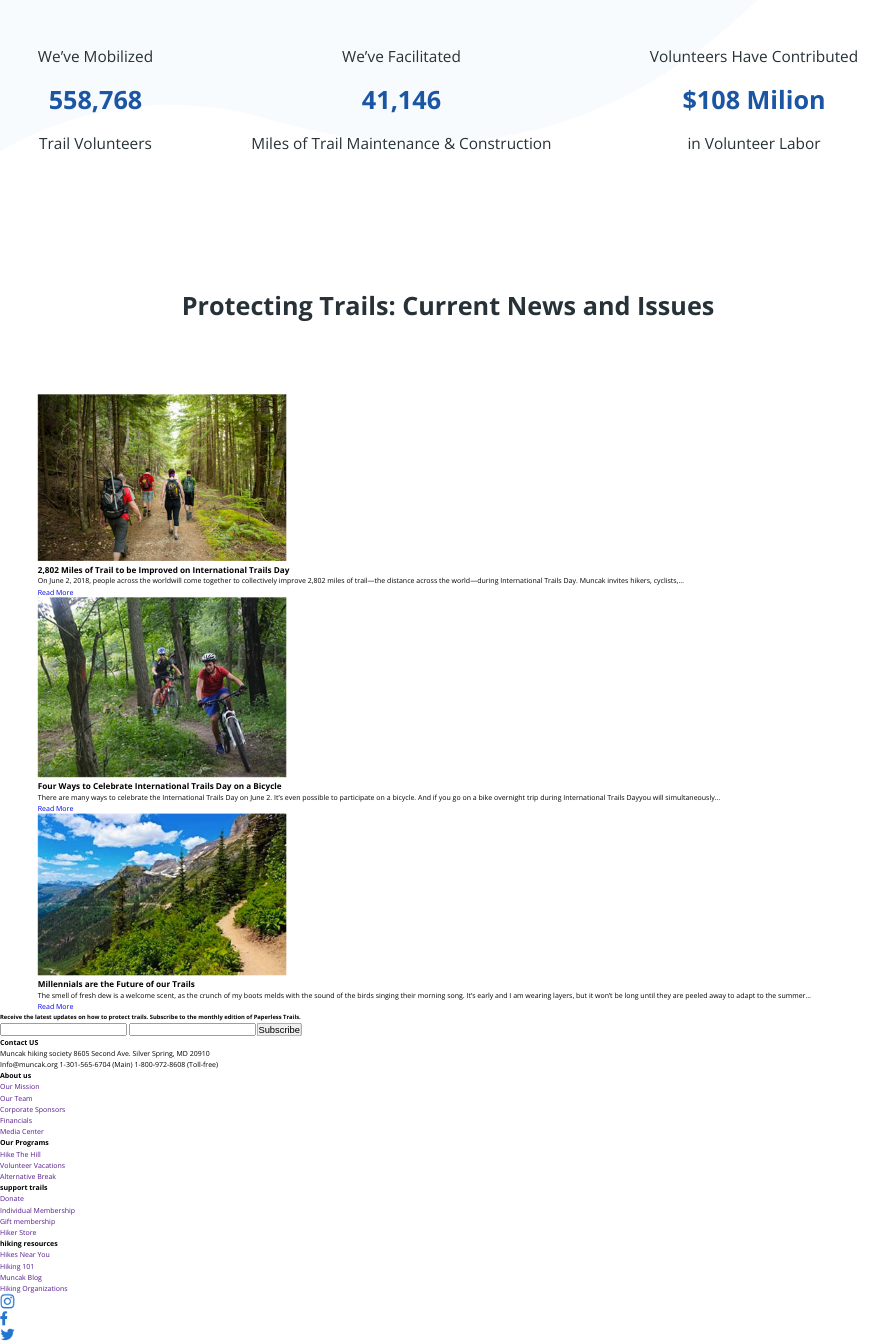
Repository: huubinh98/Project
Page: muncak/index.html
The author's editor kept a copy of each file at every save. The page is drawn from the files as they stood at one save, then again after the next save.
The browser window is 1280 px wide. The pictures show the part of the page from y = 3055 to 4975 px (the page is 4975 px tall before and 4415 px after), at 70% of full size.

Above is the page before, as saved 2021-08-28 19:50:51.

### muncak/index.html
<!DOCTYPE html>
<html lang="en">

<head>
    <meta charset="UTF-8">
    <meta http-equiv="X-UA-Compatible" content="IE=edge">
    <meta name="viewport" content="width=device-width, initial-scale=1.0">
    <link rel="stylesheet" href="./style.css">
    <link rel="preconnect" href="https://fonts.googleapis.com">
    <link rel="preconnect" href="https://fonts.gstatic.com" crossorigin>
    <link href="https://fonts.googleapis.com/css2?family=Open+Sans:wght@300;400;600;700&display=swap" rel="stylesheet">
    <title>Muncak</title>
</head>

<body>
    <header class="header">
        <div class="container header-nav">
            <h1 class="logo"><a href="" class="logo-link"><img src="./image/Muncak.png" alt="" class="logo-img"></a>
            </h1>
            <ul class="nav-list">
                <li class="nav-item">
                    <a href="" class="nav-item-link">Home</a>
                </li>
                <li class="nav-item">
                    <a href="" class="nav-item-link">Go Hiking</a>
                </li>
                <li class="nav-item">
                    <a href="" class="nav-item-link">About</a>
                </li>
                <li class="nav-item">
                    <a href="" class="nav-item-link nav-highlight">Login</a>
                </li>
            </ul>
        </div>
        <div class="container-small">
            <h1 class="heading-banner">Lets get the top of Moutain</h1>
            <p class="heading-desc">Here is the hiking information you need to decide
                if it is right for you, and to make it more interesting,
                enjoyable, and safe.</p>
            <a href="#" class="btn c"> Get Started</a>
        </div>
    </header>
    <section class="about">
        <div class="container-small about-wrap">
            <h2 class="heading-name hearding-name-about">We envision a world where everyone
                has permanent access to a hiking trail</h2>
            <div class="about-item">
                <img src="./image/loa.png" alt="loa" class="about-img">
                <div class="about-content">
                    <h4 class="about-content-heading">Advocate</h4>
                    <p class="about-content-desc">We work with Congress, Federal agencies, and partners on policy issues
                        and legislation to ensure funding for trails, preservation of natural areas, and protection of
                        the hiking experience.</p>
                </div>
            </div>
            <div class="about-item">
                <img src="./image/bantay.png" alt="loa" class="about-img">
                <div class="about-content">
                    <h4 class="about-content-heading">Volunteer </h4>
                    <p class="about-content-desc">Trails don't maintain themselves. Individuals of any age and
                        experience level can become trail stewards. Give back to the trails you love, meet new people,
                        and enjoy the experience!</p>
                </div>
            </div>
            <div class="about-item">
                <img src="./image/nui.png" alt="loa" class="about-img">
                <div class="about-content">
                    <h4 class="about-content-heading">Explore</h4>
                    <p class="about-content-desc">Feel confident when you set out on your next trail adventure. Check
                        out our free hiking resources like tips for hiking with families, gear checklists, finding the
                        best trail for you.</p>
                </div>
            </div>
            <a href="" class="btn btn-about">Lean more</a>
        </div>
        <div class="container-small about-custumer">
            <h2 class="heading-name">With the support of our members, and partners, we've improved trail access for millions of people</h2>
            <div class="customer-content">
                <p class="customer-text">We’ve Mobilized <span>558,768</span> Trail Volunteers</p>
                <p class="customer-text">We’ve Facilitated <span>41,146</span>
                    Miles of Trail Maintenance & Construction</p>
                <p class="customer-text">Volunteers Have Contributed <span>$108 Milion</span> in Volunteer Labor</p>
            </div>
        </div>
    </section>

    <!-- -----------new--------------- -->
    <section class="new">
        <div class="container-small">
            <h2 class="heading-name">Protecting Trails: Current News and Issues</h2>
            <div class="new-content">
                <div class="new-item">
                    <a href="#" class="new-item-link">
                        <img src="./image/pic1.jpg" alt="pic1" class="new-item-img">
                    </a>
                    <div class="new-item-text">
                        <h3 class="new-item-name">2,802 Miles of Trail to be Improved on International Trails Day</h3>
                        <p class="new-item-desc">On June 2, 2018, people across the worldwill come together to
                            collectively improve 2,802 miles of trail—the distance across the world—during International
                            Trails Day. Muncak invites hikers, cyclists,…</p>
                        <a href="#" class="new-item-link">Read More</a>
                    </div>
                </div>
                <div class="new-item">
                    <a href="#" class="new-item-link">
                        <img src="./image/pic2.jpg" alt="pic1" class="new-item-img">
                    </a>
                    <div class="new-item-text">
                        <h3 class="new-item-name">Four Ways to Celebrate International Trails Day on a Bicycle</h3>
                        <p class="new-item-desc">There are many ways to celebrate the International Trails Day on June 2. It’s even possible to participate on a bicycle. And if you go on a bike overnight trip during International Trails Dayyou will simultaneously…</p>
                        <a href="#" class="new-item-link">Read More</a>
                    </div>
                </div>
                <div class="new-item">
                    <a href="#" class="new-item-link">
                        <img src="./image/pic3.jpg" alt="pic1" class="new-item-img">
                    </a>
                    <div class="new-item-text">
                        <h3 class="new-item-name">Millennials are the Future of our Trails</h3>
                        <p class="new-item-desc">The smell of fresh dew is a welcome scent, as the crunch of my boots melds with the sound of the birds singing their morning song. It’s early and I am wearing layers, but it won’t be long until they are peeled away to adapt to the summer…</p>
                        <a href="#" class="new-item-link">Read More</a>
                    </div>
                </div>
            </div>
        </div>
    </section>

    <div class="contact-footer">
        <div class="container">
            <h5 class="contact-heading">Receive the latest updates on how to protect trails.
                Subscribe to the monthly edition of Paperless Trails.</h5>
            <form action="">
                <input type="text" name="Name" id="" class="form-input">
                <input type="text" name="Email" id="" class="form-input">
                <button type="submit">Subscribe</button>
            </form>
        </div>
        <footer class="footer container">
            <div class="footer-info">
                <div class="footer-item">
                    <h4>Contact US</h4>
                    <p>Muncak hiking society
                        8605 Second Ave.
                        Silver Spring, MD 20910</p>
                    <p>
                        <span>Info@muncak.org</span>
                        <span>1-301-565-6704 (Main)</span>
                        <span>1-800-972-8608 (Toll-free)</span>
                    </p>
                </div>
                <div class="footer-item">
                    <h4>About us</h4>
                    <ul>
                        <li>
                            <a href="">Our Mission</a>
                        </li>
                        <li>
                            <a href="">Our Team</a>
                        </li>
                        <li>
                            <a href="">Corporate Sponsors</a>
                        </li>
                        <li>
                            <a href="">Financials</a>
                        </li>
                        <li>
                            <a href="">Media Center</a>
                        </li>
                    </ul>
                </div>
                <div class="footer-item">
                    <h4>Our Programs</h4>
                    <ul>
                        <li>
                            <a href="">Hike The Hill</a>
                        </li>
                        <li>
                            <a href="">Volunteer Vacations</a>
                        </li>
                        <li>
                            <a href="">Alternative Break</a>
                        </li>
                    </ul>
                </div>
                <div class="footer-item">
                    <h4>support trails</h4>
                    <ul>
                        <li>
                            <a href="">Donate</a>
                        </li>
                        <li>
                            <a href="">Individual Membership</a>
                        </li>
                        <li>
                            <a href="">Gift membership</a>
                        </li>
                        <li>
                            <a href="">Hiker Store</a>
                        </li>
                    </ul>
                </div>
                <div class="footer-item">
                    <h4>hiking resources</h4>
                    <ul>
                        <li>
                            <a href="">Hikes Near You</a>
                        </li>
                        <li>
                            <a href="">Hiking 101</a>
                        </li>
                        <li>
                            <a href="">Muncak Blog</a>
                        </li>
                        <li>
                            <a href="">Hiking Organizations</a>
                        </li>
                    </ul>
                </div>
            </div>
            <ul class="socical">
                <li class="socical-item">
                    <a href="" class="socical-item-link">
                        <img src="./image/instar.png" alt="" class="socical-item-img">
                    </a>
                </li>
                <li class="socical-item">
                    <a href="" class="socical-item-link">
                        <img src="./image/facebook.png" alt="" class="socical-item-img">
                    </a>
                </li>
                <li class="socical-item">
                    <a href="" class="socical-item-link">
                        <img src="./image/tiwer.png" alt="" class="socical-item-img">
                    </a>
                </li>
            </ul>
        </footer>
    </div>
</body>

</html>

### muncak/style.css
* {
    margin: 0;
    padding: 0;
    box-sizing: border-box;
}

html {
    font-size: 62.5%;
    line-height: 1.6rem;
    font-family: 'Open Sans', sans-serif;
    scroll-behavior: smooth;
}

ul, li {
    list-style: none;
}

a {
    text-decoration: none;
}

.container {
    max-width: 1404px;
    width: 100%;
    margin: 0 auto;
}

.container-small {
    max-width: 1172px;
    width: 100%;
    margin: 0 auto;
}

.btn {
    font-size: 2rem;
    line-height: 8rem;
    color: #fbfcfc;
    background-color: #2870db;
    border-radius: 40px;
    display: inline-block;
    padding: 0 66px;
    box-shadow: 0 22px 24px rgba(17, 83, 165, 0.21);
    transition: 0.25s ease;
}

.heading-name {
    font-size: 3.6rem;
    line-height: 5rem;
    text-align: center;
    margin: 0 auto;
    color: #263238;
    margin-bottom: 101px;
    max-width: 1000px;
}

.btn:hover {
    background-color: #1153a5;
}

/* ----------------------- */

.header {
    margin: 0 auto;
    max-width: 1900px;
    height: 1026px;
    background-color: white;
    background-image: url(./image/backgroudleft1.png), url(./image/Muncak-Landing-Page.png);
    background-position: left bottom, right top;
    background-repeat: no-repeat, no-repeat;
}

.header-nav {
    display: flex;
    justify-content: space-between;
    padding-top: 85px;
}

.logo{

}
.logo-link{

}
.logo-img{

}
.nav-list{

}
.nav-item{
    display: inline-block;
}
.nav-item-link{
    font-size: 1.8rem;
    font-weight: 400;
    line-height: 3.6rem;
    color: #fff;
    padding: 0 36px;
    display: inline-block;
}

.nav-highlight {
    background-color: #fff;
    color: #14215e;
    border-radius: 14px;
}

.heading-banner {
    font-size: 5rem;
    line-height: 6rem;
    color: #1c2056;
    margin-top: 144px;
    max-width: 400px;
}

.heading-desc {
    font-size: 1.8rem;
    line-height: 4rem;
    color: rgba(45, 32, 88, 0.65);
    max-width: 400px;
    margin-top: 43px;
    margin-bottom: 103px;
}

.btn-heading {
    margin-bottom: 310px;
}


/* -----------about---------------- */
.about {
    margin-top: 158px;
    margin-bottom: 98px;
    background-image: url(./image/backgroudleft2.png), url(./image/Muncak-Landing-Page2.png);
    background-repeat: no-repeat, no-repeat;
    background-position: left bottom, right center;
}

.about-wrap {
    margin-bottom: 105px;
}

.hearding-name-about {
    max-width: 700px;
}

.about-item {
    margin-top: -150px;
    max-width: 549px;
}

.about-item:nth-child(2n + 1) {
    margin-left: auto;
}

.about-item:nth-child(2n + 2) {
    margin-top: -109px;
}

.about-item:first-of-type {
    margin-top: 0;
}

.about-img {
    display: block;
    margin: 0 auto;
    margin-bottom: 63px;
}

.about-content {
    padding: 72px;
    border-radius: 18px;
    background-color: #fff;
    box-shadow: 0 27px 43px rgb(32 94 171 / 10%);
}

.about-content-heading {
    font-size: 2.4rem;
    line-height: 3.6rem;
    color: #263238;
    padding-bottom: 48px;
}

.about-content-desc {
    font-size: 1.8rem;
    line-height: 3.6rem;
    color: #546e7a;
}

.btn-about {
    float: right;
    margin-right: 163px;
    margin-top: -226px;
}

/* -----------customer-------------- */

.about-custumer {
    margin-top: 105px;
}

.customer-content {
    display: flex;
    justify-content: space-between;
}

.customer-text {
    text-align: center;
    font-size: 2.2rem;
    line-height: 2.3rem;
    color: #263238;
}

.customer-text span {
    font-size: 3.6rem;
    display: block;
    color: #1a56a3;
    font-weight: 700;
    line-height: 3.4rem;
    padding: 34px 0;
}

/* --------New-------------- */

.new {
    padding-top: 98px;
}

After the next save:
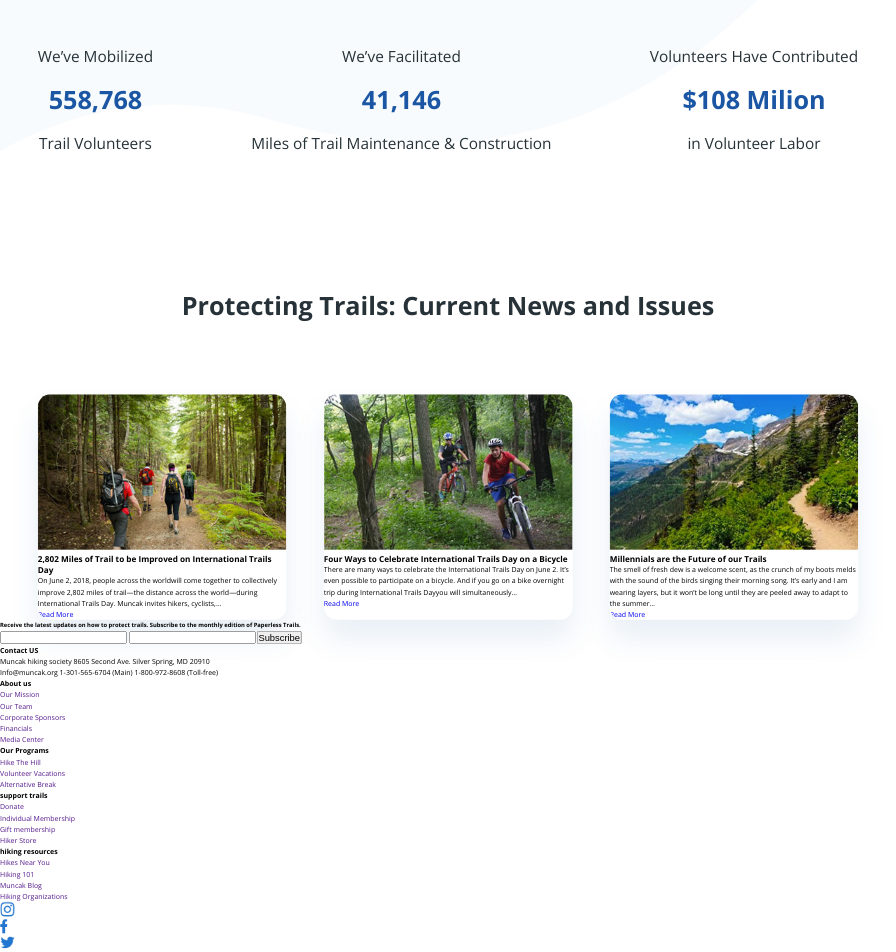
Saved 6 min 15 s later.
--- a/muncak/style.css
+++ b/muncak/style.css
@@ -225,3 +225,21 @@ a {
 .new {
     padding-top: 98px;
 }
+
+.new-content {
+    display: flex;
+    justify-content: space-between;
+}
+
+.new-item {
+    border-radius: 18px;
+    box-shadow: 0 27px 43px rgb(32 94 171 / 10%);
+    max-width: 355px;
+    overflow: hidden;
+}
+
+.new-item-img {
+    height: 222px;
+    object-fit: cover;
+    width: 100%;
+}
